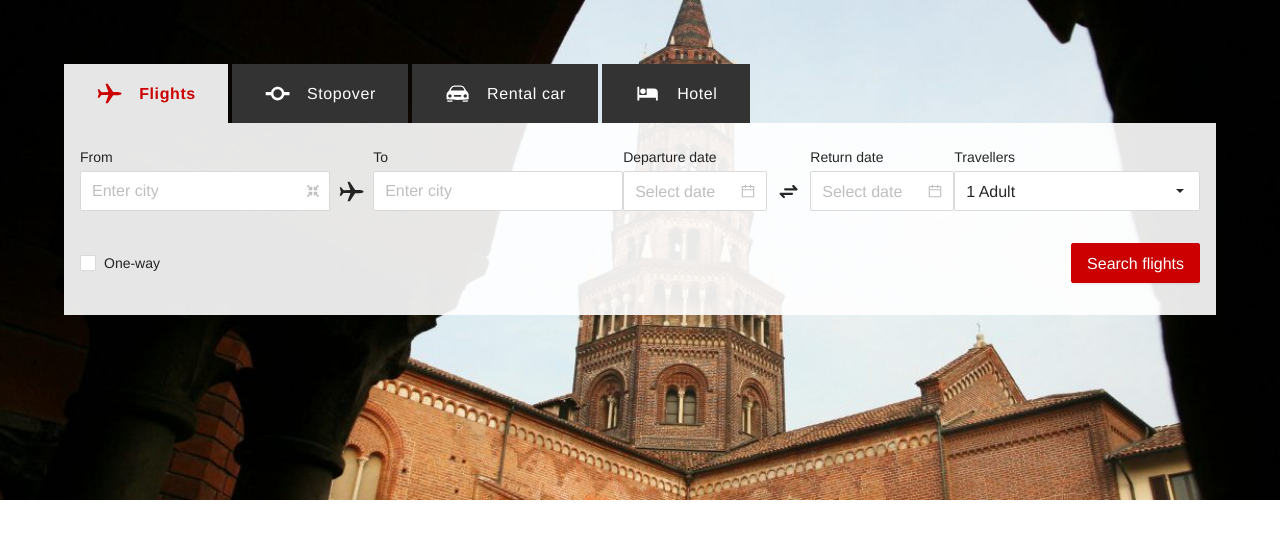
Repository: guidogr95/Everymundo-Excercise
Page: /
The author's editor kept a copy of each file at every save. The page is drawn from the files as they stood at one save, then again after the next save.
The browser window is 1280 px wide. The pictures show the whole page.
The project was rebuilt for these pictures with package versions that can differ from the ones it lists, and the page was loaded fresh each time. Also part of the build but not shown: src/components/CustomSpin/customspin.scss, src/components/BookingMask/FlightsTab/AirportInputs/AirportInput/airportinput.scss, src/components/BookingMask/FlightsTab/PassengersInput/PassengersInputModal/PassengersControl/passengerscontrol.scss, src/components/BookingMask/FlightsTab/PassengersInput/PassengersInputModal/PassengersControl/index.jsx, src/components/BookingMask/ErrorsNotice/errorsnotice.scss, src/components/BookingMask/ErrorsNotice/index.jsx.

Above is the page before, as saved 2021-07-02 11:16:02.

After the next save:
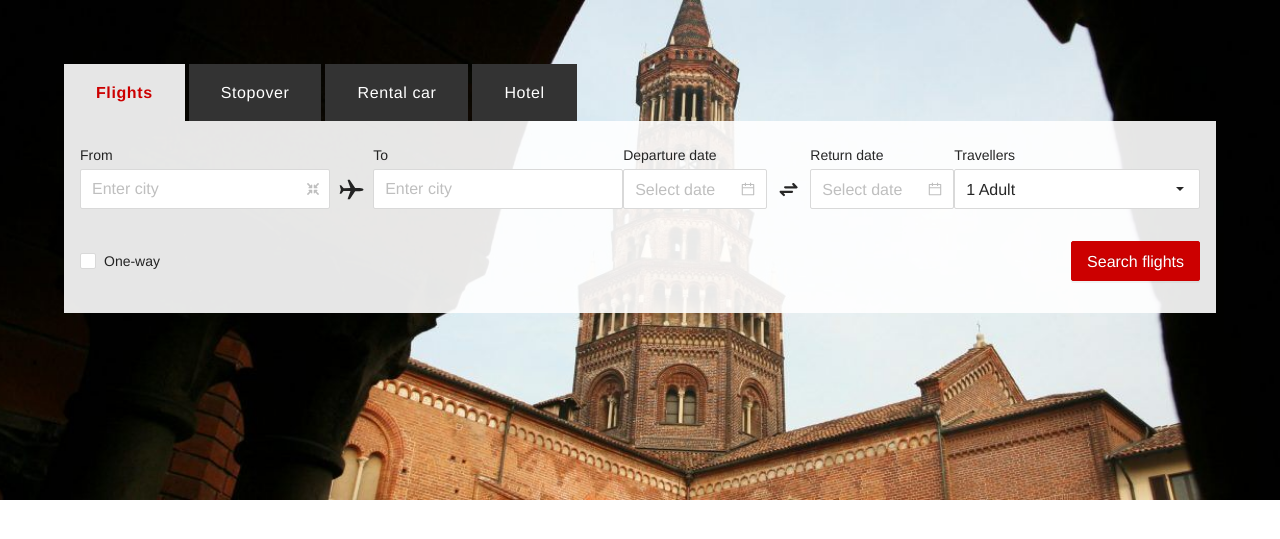
Saved 2 min 13 s later.
--- a/src/components/BookingMask/TabButton/index.jsx
+++ b/src/components/BookingMask/TabButton/index.jsx
@@ -7,7 +7,7 @@
       onClick={() => onClick(name)}
       key={name}
     >
-      {icon}<span>{name}</span>
+      <span>{name}</span>
     </button>
   )
 }

After the save that followed:
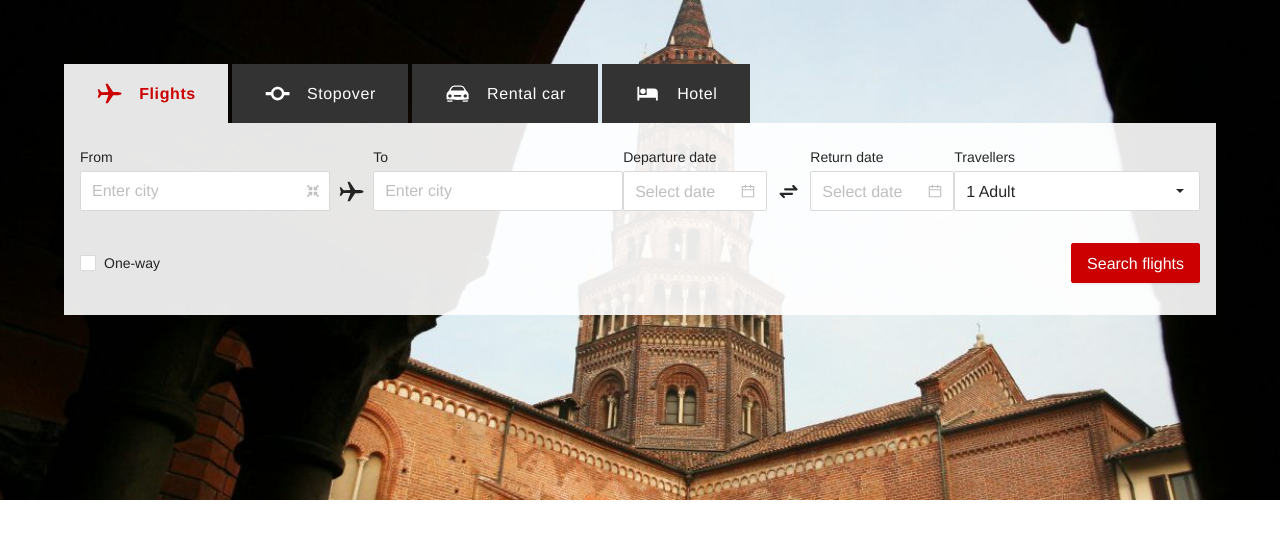
Saved 10 s later.
--- a/src/components/BookingMask/TabButton/index.jsx
+++ b/src/components/BookingMask/TabButton/index.jsx
@@ -7,7 +7,7 @@
       onClick={() => onClick(name)}
       key={name}
     >
-      <span>{name}</span>
+      {icon}<span>{name}</span>
     </button>
   )
 }
